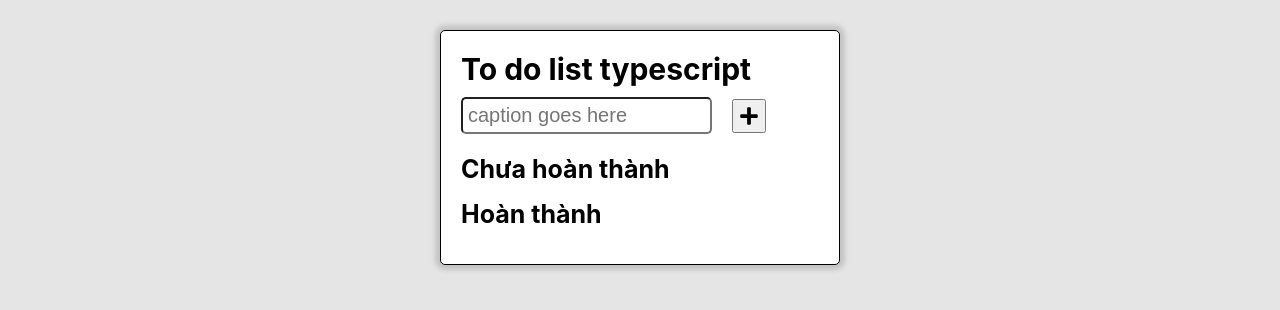
Repository: Nhatktvn/TodoListReactTs
Page: /
These files come from the project's save history. The page is drawn as it stood at one moment and after the next save; the edit follows.
The browser window is 1280 px wide. The pictures show the whole page.
The project was rebuilt for these pictures with package versions that can differ from the ones it lists, and the page was loaded fresh each time.

Above is the page before, as saved 2023-11-08 16:49:47.

After the next save:
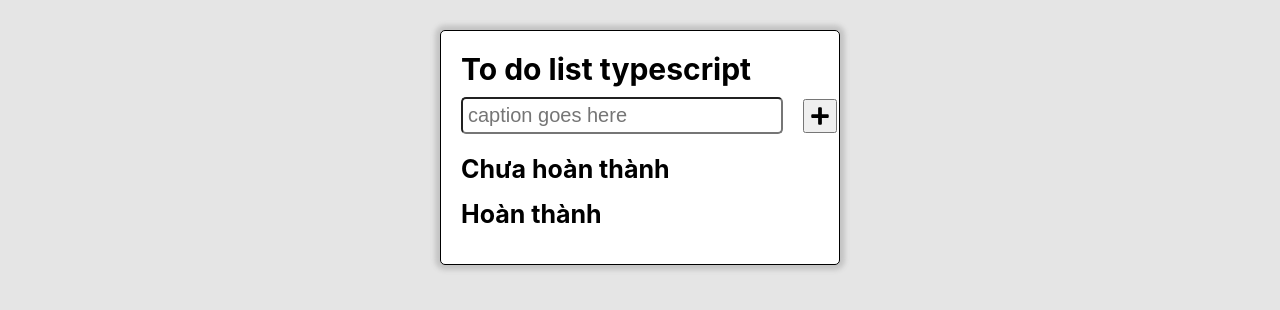
Saved 30 s later.
--- a/src/components/TaskInput/taskInput.module.scss
+++ b/src/components/TaskInput/taskInput.module.scss
@@ -10,8 +10,8 @@
   gap: 2rem;
   margin-bottom: 2rem;
   input {
-    flex: 0 0 70%;
-    max-width: 70%;
+    flex: 0 0 90%;
+    max-width: 90%;
     padding: 5px;
     border-radius: 5px;
   }
